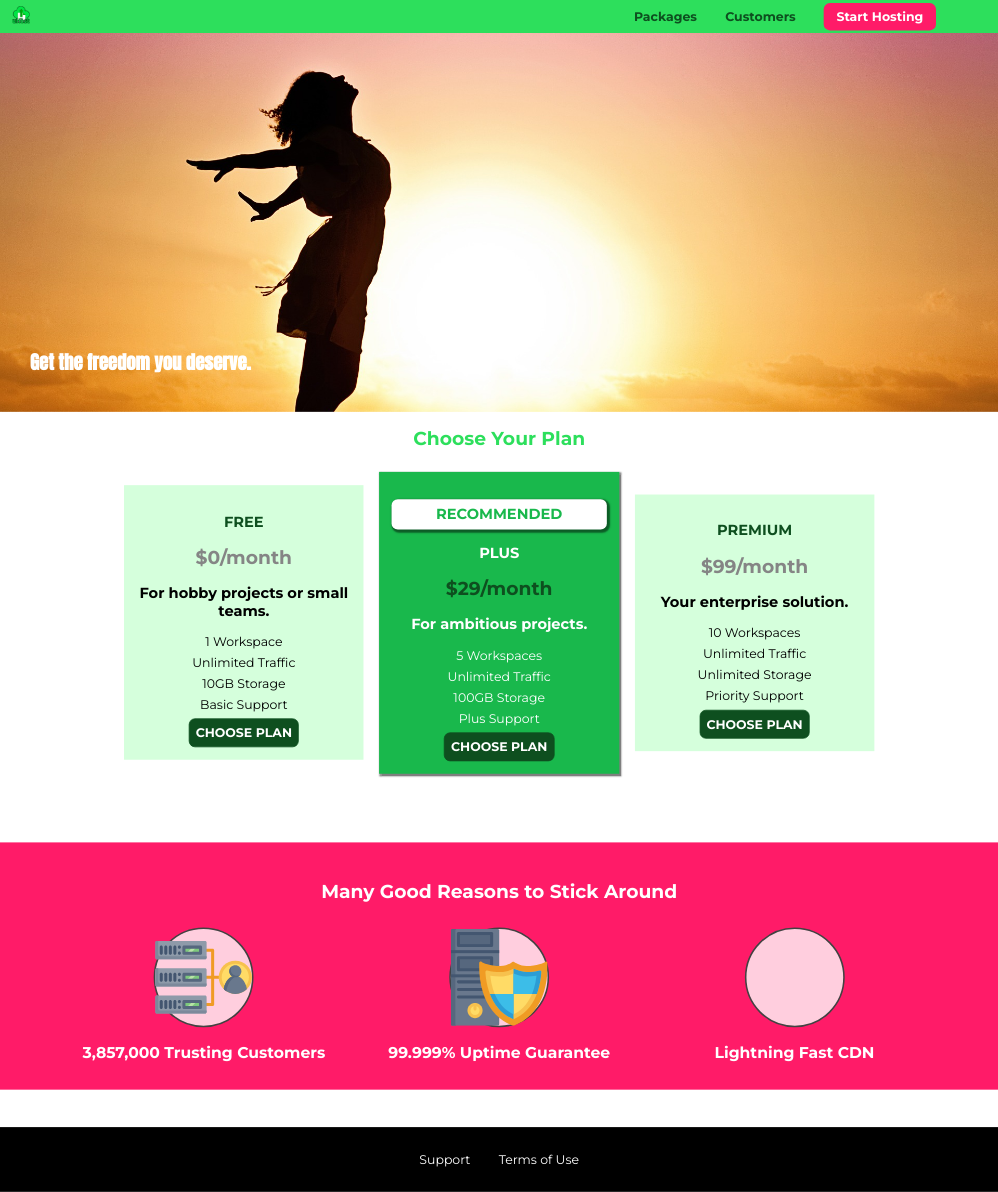
Repository: Nowacki97PL/UdemyCSS
Page: index.html
An editor plug-in stored every save of this project. The page is shown before and after a run of saves, followed by the edit.
The browser window is 1280 px wide. The pictures show the whole page, at 78% of full size.

Above is the page before, as saved 2023-11-12 14:07:20.

After the next 2 saves:
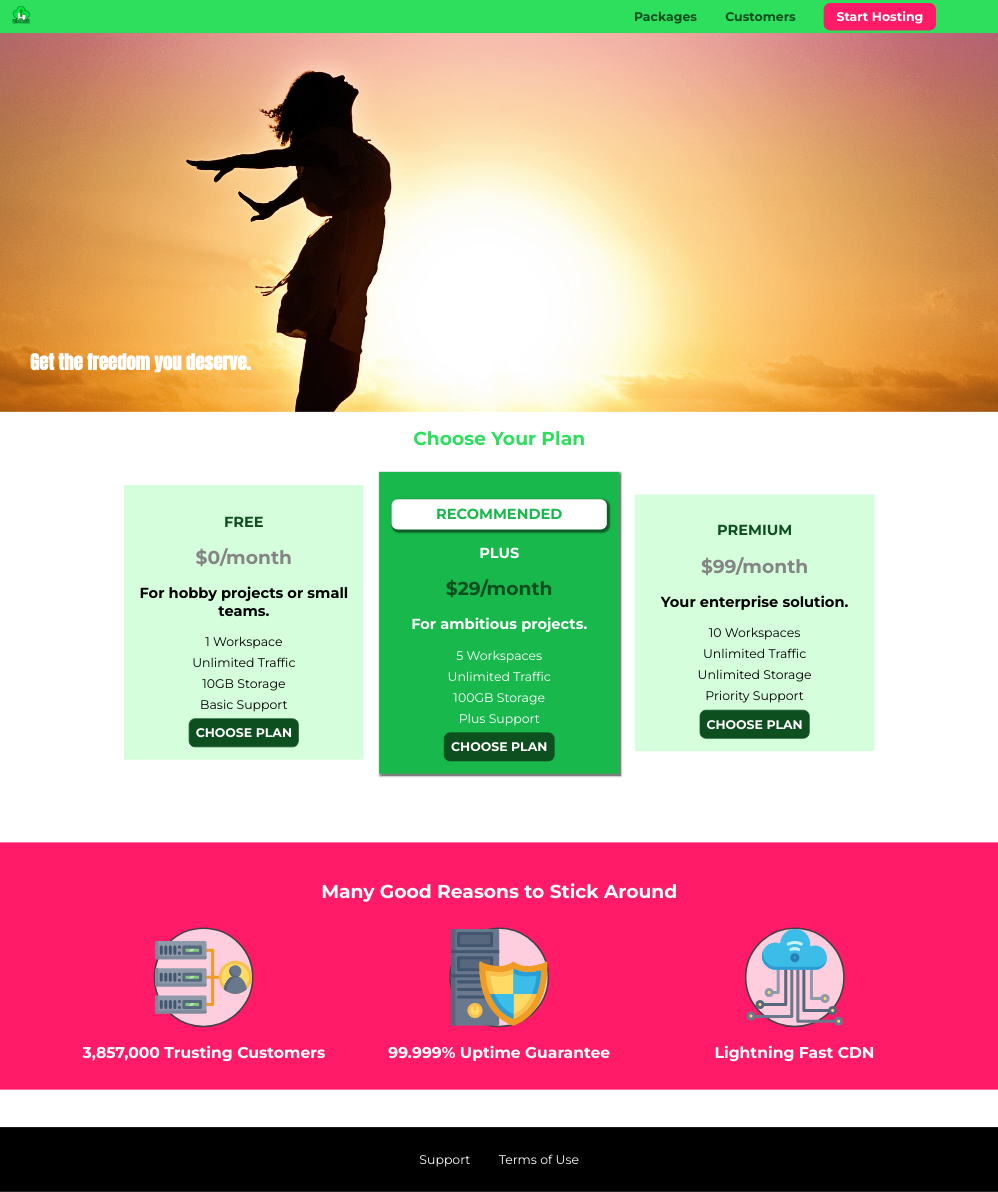
The 2 saves are shown as one change because they came seconds apart.
The last was saved 22 s later.
--- a/index.html
+++ b/index.html
@@ -235,7 +235,40 @@
                 </li>
                 <li class="key-feature">
                     <div class="key-feature__image">
-
+                        <svg viewBox="0 0 512 512">
+                            <path style="fill:#8E9AA9;" d="M168,200c-4.418,0-8,3.582-8,8v120h-17.376c-3.302-9.311-12.194-16-22.624-16  c-13.234,0-24,10.767-24,24s10.766,24,24,24c10.429,0,19.321-6.689,22.624-16H168c4.418,0,8-3.582,8-8V208  C176,203.582,172.418,200,168,200z"
+                            />
+                            <path style="fill:#FFDB66;" d="M120,328c-4.411,0-8,3.589-8,8s3.589,8,8,8s8-3.589,8-8S124.411,328,120,328z" />
+                            <path style="fill:#56677E;" d="M208,200c-4.418,0-8,3.582-8,8v184H94.624C91.322,382.689,82.43,376,72,376  c-13.234,0-24,10.767-24,24s10.766,24,24,24c10.429,0,19.321-6.689,22.624-16H208c4.418,0,8-3.582,8-8V208  C216,203.582,212.418,200,208,200z"
+                            />
+                            <path style="fill:#FFDB66;" d="M72,392c-4.411,0-8,3.589-8,8s3.589,8,8,8s8-3.589,8-8S76.411,392,72,392z" />
+                            <path style="fill:#69788D;" d="M240,208c-4.418,0-8,3.582-8,8v239H47.24c-2.671-10.34-12.078-18-23.24-18c-13.234,0-24,10.767-24,24  s10.766,24,24,24c9.666,0,18.009-5.747,21.809-14H240c4.418,0,8-3.582,8-8V216C248,211.582,244.418,208,240,208z"
+                            />
+                            <path style="fill:#FFDB66;" d="M24,453c-4.411,0-8,3.589-8,8s3.589,8,8,8s8-3.589,8-8S28.411,453,24,453z" />
+                            <path style="fill:#69788D;" d="M488,464c-10.429,0-19.321,6.689-22.624,16H280V208c0-4.418-3.582-8-8-8s-8,3.582-8,8v280  c0,4.418,3.582,8,8,8h193.376c3.302,9.311,12.194,16,22.624,16c13.234,0,24-10.767,24-24S501.234,464,488,464z"
+                            />
+                            <path style="fill:#FFDB66;" d="M488,480c-4.411,0-8,3.589-8,8s3.589,8,8,8s8-3.589,8-8S492.411,480,488,480z" />
+                            <path style="fill:#56677E;" d="M456,408c-10.429,0-19.321,6.689-22.624,16H312V208c0-4.418-3.582-8-8-8s-8,3.582-8,8v224  c0,4.418,3.582,8,8,8h129.376c3.302,9.311,12.194,16,22.624,16c13.234,0,24-10.767,24-24S469.234,408,456,408z"
+                            />
+                            <path style="fill:#FFDB66;" d="M456,424c-4.411,0-8,3.589-8,8s3.589,8,8,8s8-3.589,8-8S460.411,424,456,424z" />
+                            <path style="fill:#8E9AA9;" d="M416,344c-10.429,0-19.321,6.689-22.624,16H352V208c0-4.418-3.582-8-8-8s-8,3.582-8,8v160  c0,4.418,3.582,8,8,8h49.376c3.302,9.311,12.194,16,22.624,16c13.234,0,24-10.767,24-24S429.234,344,416,344z"
+                            />
+                            <path style="fill:#FFDB66;" d="M416,360c-4.411,0-8,3.589-8,8s3.589,8,8,8s8-3.589,8-8S420.411,360,416,360z" />
+                            <path style="fill:#3CBDE8;" d="M362,88c-8.741,0-17.231,1.751-25.06,5.085C337.646,88.797,338,84.43,338,80  c0-44.112-35.888-80-80-80c-42.823,0-77.895,33.816-79.909,76.149C170.393,73.415,162.244,72,154,72c-39.701,0-72,32.299-72,72  s32.299,72,72,72h208c35.29,0,64-28.71,64-64S397.29,88,362,88z"
+                            />
+                            <path style="fill:#2C9DD4;" d="M368,200H160c-39.701,0-72-32.299-72-72c0-5.863,0.721-11.559,2.05-17.019  C84.918,120.88,82,132.102,82,144c0,39.701,32.299,72,72,72h208c30.389,0,55.88-21.296,62.379-49.743  C413.565,186.327,392.352,200,368,200z"
+                            />
+                            <path style="fill:#2A7DB5;" d="M256,128c-13.234,0-24,10.767-24,24s10.766,24,24,24c13.233,0,24-10.767,24-24S269.233,128,256,128z"
+                            />
+                            <path style="fill:#2C9DD4;" d="M256,144c-4.411,0-8,3.589-8,8s3.589,8,8,8c4.411,0,8-3.589,8-8S260.411,144,256,144z" />
+                            <g>
+                                <path style="fill:#C5F1FA;" d="M221.755,87.695c-2.994,0-5.864-1.688-7.233-4.572c-1.894-3.991-0.194-8.763,3.798-10.657   C230.157,66.849,242.834,64,256,64c13.166,0,25.844,2.849,37.68,8.466c3.992,1.895,5.692,6.666,3.798,10.657   s-6.666,5.692-10.657,3.798C277.144,82.328,266.774,80,256,80c-10.774,0-21.144,2.328-30.821,6.921   C224.072,87.446,222.904,87.695,221.755,87.695z"
+                                />
+                                <path style="fill:#C5F1FA;" d="M276.545,116.618c-1.148,0-2.316-0.249-3.424-0.774C267.745,113.293,261.985,112,256,112   c-5.985,0-11.745,1.293-17.121,3.844c-3.991,1.895-8.763,0.192-10.657-3.798c-1.894-3.992-0.193-8.764,3.798-10.657   C239.557,97.813,247.625,96,256,96c8.376,0,16.444,1.813,23.98,5.389c3.991,1.894,5.692,6.665,3.798,10.657   C282.41,114.93,279.539,116.618,276.545,116.618z"
+                                />
+                            </g>
+
+                        </svg>
                     </div>
                     <p class="key-feature__description">Lightning Fast CDN</p>
                 </li>
